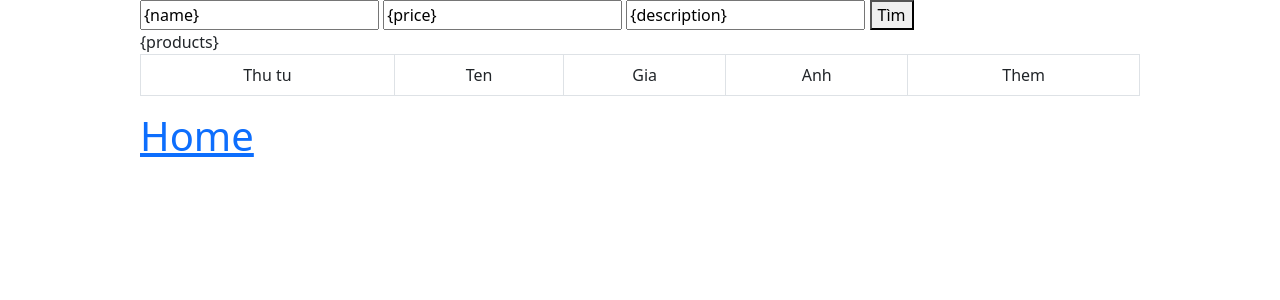
Repository: nguyenhung50497/MD3_demoDatabase1
Page: src/views/search.html
The author's editor kept a copy of each file at every save. The page is drawn from the files as they stood at one save, then again after a run of saves.
The browser window is 1280 px wide. The pictures show the whole page.

Above is the page before, as saved 2022-12-28 11:45:23.

After the next 2 saves:
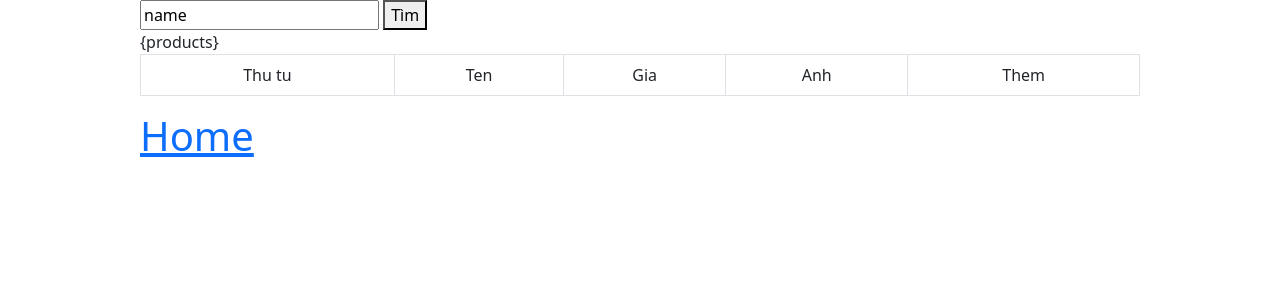
The 2 saves are shown as one change because they came seconds apart.
The last was saved 8 s later.
--- a/src/views/search.html
+++ b/src/views/search.html
@@ -9,9 +9,7 @@
   <body>
     <div class="container" style="width: 80%;">
         <form action="" method="post">
-            <input type="text" name="name" value="{name}">
-            <input type="text" name="price" value="{price}">
-            <input type="text" name="description" value="{description}">
+            <input type="text" name="name" value="name">
             <button type="submit">Tìm</button>
         </form>
       <table class="table table-bordered" style="text-align: center;">
